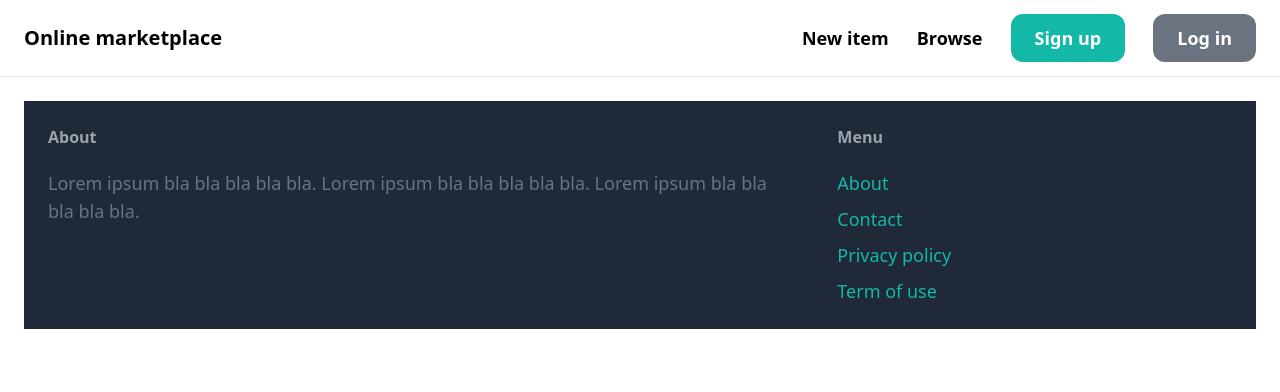
Repository: Anamikatiwari/Online_Market_Place
Page: http://localhost/
The author's editor kept a copy of each file at every save. The page is drawn from the files as they stood at one save, then again after the next save.
The browser window is 1280 px wide. The pictures show the whole page.
Some web libraries are served in a nearby version. The page is served by the project's application, run on Django 5.2 (manage.py). Other server files are loaded and not shown.

Above is the page before, as saved 2024-09-05 12:31:24.

### core/templates/core/index.html
{% extends "core/base.html" %}

{% block title %}Welcome{% endblock title %}

{% block content %}
    <div
{% endblock content %}

### core/templates/core/base.html
<!doctype html>

<html>
    <head>
        <meta charset="utf-8">
        <meta name="viewport" content="width=device-width, initial-scale=1.0">

        <script src="http://cdn.tailwindcss.com"></script>

        <title> {% block title %}{% endblock title %} | Online Marketplace</title>

    </head>

    <body>
        <nav class="py-6 px-6 flex justify-between items-center border-b border-gray-200">
            <a href="/" class="text-xl font-semibold">Online marketplace</a>
            <div class="space-x-6">
                <a href="#" class="text-lg font-semibold hover:text-gray-500">New item</a>
                <a href="#" class="text-lg font-semibold hover:text-gray-500">Browse</a>

                <a href="#" class="px-6 py-3 text-lg font-semibold bg-teal-500 text-white rounded-xl hover:bg-teal-700">Sign up</a>
                <a href="#" class="px-6 py-3 text-lg font-semibold bg-gray-500 text-white rounded-xl hover:bg-gray-700">Log in</a>
            </div>
        </nav>

        <div class="px-6 py-6">
            {% block content %}
            {% endblock content %}
        </div>

        <footer class="py-6 px-6 flex justify-between bg-gray-800">
           <div class="w-2/3 pr-10">
                <h3 class="mb-5 font-semibold text-gray-400">About</h3>

                <p class="text-lg text-gray-500">Lorem ipsum bla bla bla bla bla. Lorem ipsum bla bla bla bla bla. Lorem ipsum bla bla bla bla bla.</p>
           </div>

           <div class="w-1/3">
               <h3 class="mb-5 font-semibold text-gray-400">Menu</h3>

               <ul class="space-y-2">
                    <li><a href="#" class="text-lg text-teal-500 hover:text-teal-700">About</a></li>
                    <li><a href="{% url 'contact' %}" class="text-lg text-teal-500 hover:text-teal-700">Contact</a></li>
                    <li><a href="#" class="text-lg text-teal-500 hover:text-teal-700">Privacy policy</a></li>
                    <li><a href="#" class="text-lg text-teal-500 hover:text-teal-700">Term of use</a></li>
               </ul>
           </div>
        </footer>


    </body>
</html>

### core/views.py
from django.shortcuts import render

from item.models import Category, Item

# Create your views here.

def index(request):
    items = Item.objects.filter(is_sold= False)[0:6]
    categories = Category.objects.all()
    return render(request, 'core/index.html', {
        'items': items,
        'categories': categories,
    })

def contact(request):
    return render(request, 'core/contact.html')

### marketplace/urls.py
"""
URL configuration for marketplace project.

The `urlpatterns` list routes URLs to views. For more information please see:
    https://docs.djangoproject.com/en/5.1/topics/http/urls/
Examples:
Function views
    1. Add an import:  from my_app import views
    2. Add a URL to urlpatterns:  path('', views.home, name='home')
Class-based views
    1. Add an import:  from other_app.views import Home
    2. Add a URL to urlpatterns:  path('', Home.as_view(), name='home')
Including another URLconf
    1. Import the include() function: from django.urls import include, path
    2. Add a URL to urlpatterns:  path('blog/', include('blog.urls'))
"""
from django.contrib import admin
from django.urls import path
from core.views import index, contact

urlpatterns = [
    path('admin/', admin.site.urls),
    path('', index, name='index'),
    path('contact/', contact, name='contact'),
]

After the next save:
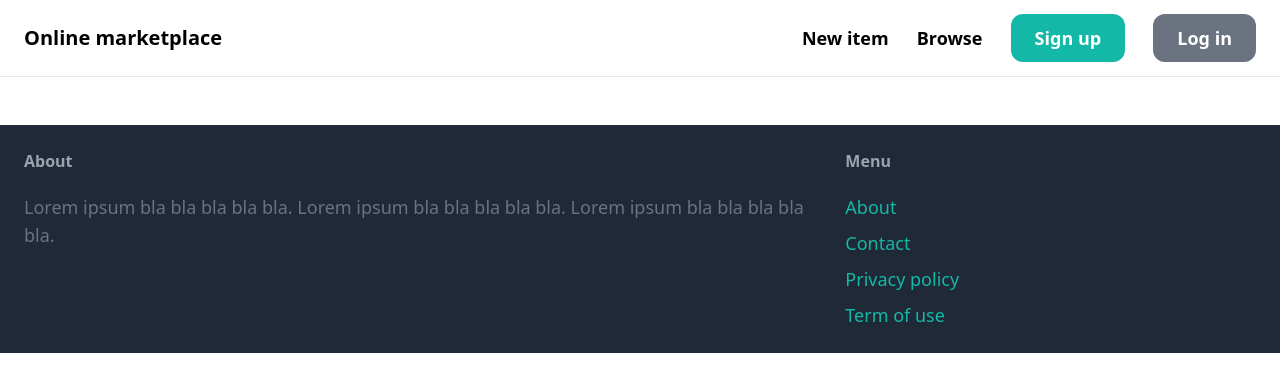
Saved 4 s later.
--- a/core/templates/core/index.html
+++ b/core/templates/core/index.html
@@ -3,5 +3,5 @@
 {% block title %}Welcome{% endblock title %}
 
 {% block content %}
-    <div
+    <div></div>
 {% endblock content %}
